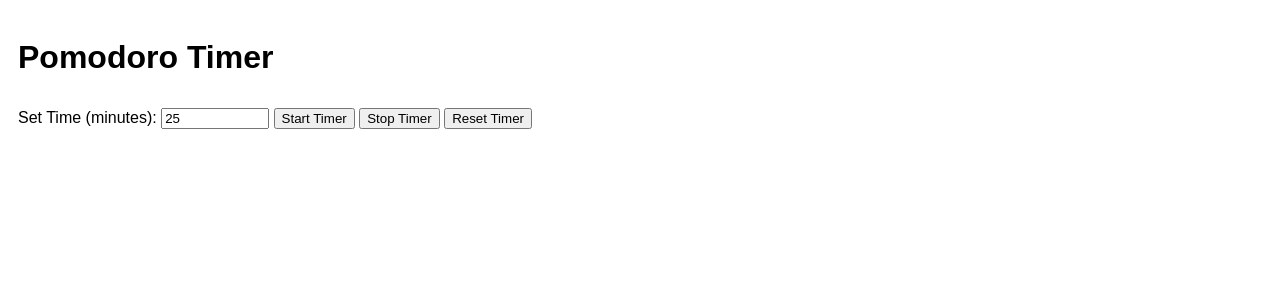
Repository: Prateek09102001/POMODORO-TIMER-UPDATEED-EXTENSIONS
Page: popup.html
An editor plug-in stored every save of this project. The page is shown before and after the next save, followed by the edit.
The browser window is 1280 px wide. The pictures show the whole page.

Above is the page before, as saved 2024-09-30 18:51:23.

After the next save:
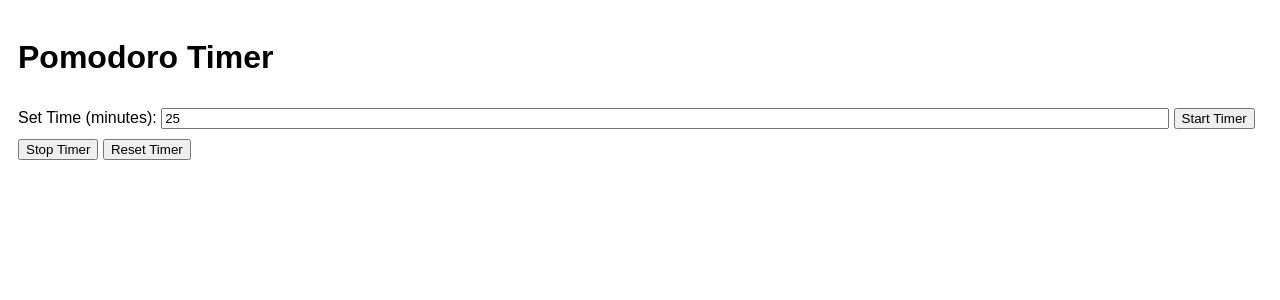
Saved 32 s later.
--- a/popup.html
+++ b/popup.html
@@ -6,7 +6,7 @@
     <title>Pomodoro Timer</title>
     <style>
         body { font-family: Arial, sans-serif; padding: 10px; }
-        input { width: 100px; }
+        input { width: 1000px; }
         button { margin-top: 10px; }
     </style>
 </head>

After the save that followed:
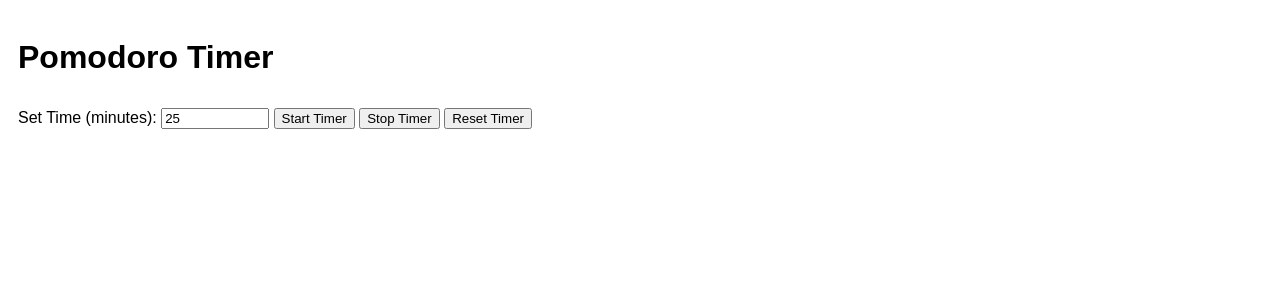
Saved 23 s later.
--- a/popup.html
+++ b/popup.html
@@ -6,7 +6,7 @@
     <title>Pomodoro Timer</title>
     <style>
         body { font-family: Arial, sans-serif; padding: 10px; }
-        input { width: 1000px; }
+        input { width: 100px; }
         button { margin-top: 10px; }
     </style>
 </head>
